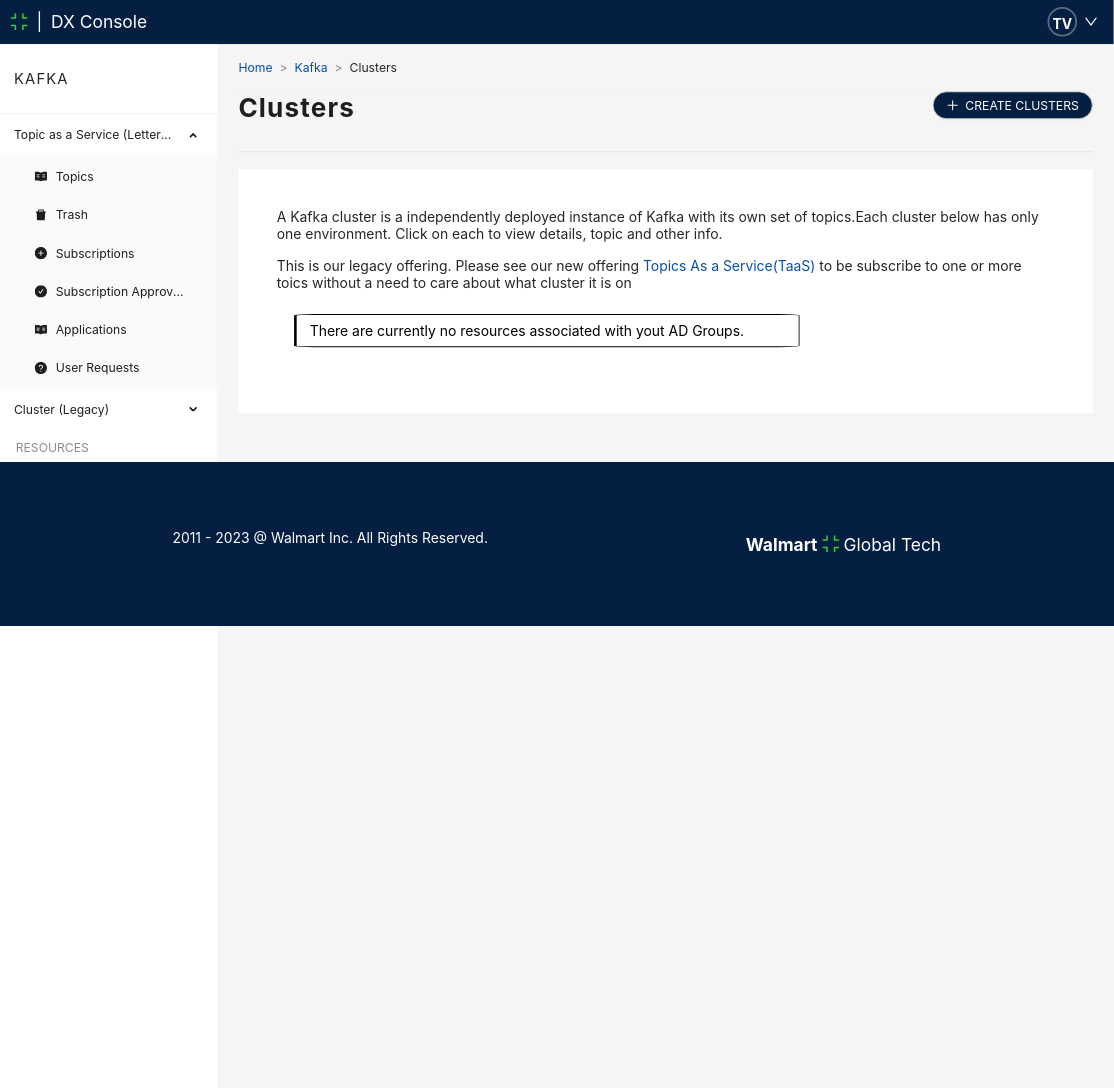
Repository: Qianying-Chai/kafka
Page: /kafka/migrated-clusters
An editor plug-in stored every save of this project. The page is shown before and after the next save, followed by the edit.
The browser window is 1280 px wide. The pictures show the whole page, at 87% of full size.
The project was rebuilt for these pictures with package versions that can differ from the ones it lists, and the page was loaded fresh each time. Also part of the build but not shown: src/pages/Components/ComponentsTable.jsx, src/pages/Components/ComponentsInput.jsx, src/pages/Components/ComponentsPagination.jsx, src/pages/Taas/Topics/Topics.jsx, src/pages/Taas/Trash/Style/Trash.css, src/pages/Taas/Trash/Trash.jsx, src/pages/Taas/SubscriptionApprovals/SubscriptionApprovals.jsx, src/pages/Taas/Subscriptions/SubscriptionsNonProxy/SubscriptionsNonProxy.jsx and 8 more.

Above is the page before, as saved 2024-01-12 23:35:36.

### src/index.js
import React from "react";
import ReactDOM from "react-dom/client";
import App from "./App";
import { BrowserRouter } from "react-router-dom";
import { Provider } from "react-redux";
import store from "../src/redux/store";
import "./style/index.css";

const root = ReactDOM.createRoot(document.getElementById("root"));
root.render(
  <Provider store={store}>
    <BrowserRouter>
      <App />
    </BrowserRouter>
  </Provider>
);

### src/App.js
import Header from "./pages/common/Header";
import Sider from "./pages/common/Sider.jsx";
import categoryConstants from "./pages/common/categoryConstants";
import Topics from "./pages/Taas/Topics/Topics";
import Trash from "./pages/Taas/Trash/Trash";
import SubscriptionApprovals from "./pages/Taas/SubscriptionApprovals/SubscriptionApprovals";
import SubscriptionsNonProxy from "./pages/Taas/Subscriptions/SubscriptionsNonProxy/SubscriptionsNonProxy";
import SubscriptionsProxy from "./pages/Taas/Subscriptions/SubscriptionsProxy/SubscriptionsProxy";
import Applications from "./pages/Taas/Applications/Applications";
import UserRequests from "./pages/Taas/UserRequests/UserRequests";
import Clusters from "./pages/Cluster/Clusters";
import MigratedClusters from "./pages/Cluster/MigratedClusters";
import Subscription from "./pages/Cluster/Subscription";
import UserRequestsLegacy from "./pages/Cluster/UserRequestsLegacy";
import Support from "./pages/Resources/Support";
import Footer from "./pages/common/Footer";
import { Routes, Route } from "react-router-dom";
import { Layout } from "antd";

function App() {
  return (
    <div className="App">
      <Layout>
        <Header />
        <Layout>
          <Sider />
          <Layout
            style={{
              padding: "0 24px 24px",
              height: "fit-content",
            }}
          >
            <Routes>
              <Route
                path={`kafka/${categoryConstants.TOPICS.toLowerCase()}`}
                element={<Topics />}
              />
              <Route
                path={`kafka/${categoryConstants.TRASH.toLowerCase()}`}
                element={<Trash />}
              />
              <Route
                path={`kafka/${categoryConstants.SUBSCRIPTIONS.toLowerCase()}_active_tab=nonProxy`}
                element={<SubscriptionsNonProxy />}
              />
              <Route
                path={`kafka/${categoryConstants.SUBSCRIPTIONS.toLowerCase()}_active_tab=proxy`}
                element={<SubscriptionsProxy />}
              />
              <Route
                path={`kafka/subscriptionRequests`}
                element={<SubscriptionApprovals />}
              />
              <Route
                path={`kafka/${categoryConstants.APPLICATIONS.toLowerCase()}`}
                element={<Applications />}
              />
              <Route path={`kafka/requests`} element={<UserRequests />} />
              <Route
                path={`kafka/${categoryConstants.CLUSTERS.toLowerCase()}`}
                element={<Clusters />}
              />
              <Route
                path={`kafka/migrated-clusters`}
                element={<MigratedClusters />}
              />
              <Route
                path={`kafka/mps-clusters-subscriptions`}
                element={<Subscription />}
              />
              <Route
                path={`kafka/legacy-requests`}
                element={<UserRequestsLegacy />}
              />
              <Route
                path={`kafka/${categoryConstants.SUPPORT.toLowerCase()}`}
                element={<Support />}
              />
            </Routes>
          </Layout>
        </Layout>
        <Footer />
      </Layout>
    </div>
  );
}

export default App;

### src/redux/store.jsx
import { configureStore } from "@reduxjs/toolkit";
import reducer from "./reducer";
const store = configureStore({ reducer: reducer });
export default store;

### src/pages/common/Header.jsx
import React from "react";
import "./Style/Header.css";
import { CompressOutlined, UpOutlined, DownOutlined } from "@ant-design/icons";
import { Layout } from "antd";
import { useState } from "react";
const Header = () => {
  const [login, setLogin] = useState(true);

  return (
    <Layout>
      <Layout.Header className="header">
        <div className="header-content-left">
          <CompressOutlined className="header-left-icon" />
          <span className="header-left-divider">|</span>
          <span className="header-left-dx-console">DX Console </span>
        </div>
        <div className="header-content-right">
          <div className="user">
            <div className="user-icon">TV</div>
            {login ? (
              <DownOutlined
                className="login-button"
                onClick={() => {
                  setLogin((state) => !state);
                }}
              />
            ) : (
              <UpOutlined
                className="logout-button"
                onClick={() => {
                  setLogin((state) => !state);
                }}
              />
            )}
          </div>
          <div
            className="logout-pop-up"
            style={{
              display: login ? "none" : "block",
            }}
          >
            LOGOUT
          </div>
        </div>
      </Layout.Header>
    </Layout>
  );
};
export default Header;

### src/pages/common/Sider.jsx
import React from "react";
import { Link } from "react-router-dom";
import "./Style/Sider.css";
import {
  ReadFilled,
  DeleteFilled,
  PlusCircleFilled,
  CheckCircleFilled,
  QuestionCircleFilled,
  HddFilled,
  SettingFilled,
} from "@ant-design/icons";
import { Layout, Menu, theme, ConfigProvider } from "antd";
import categoryConstants from "./categoryConstants";

const Sider = () => {
  const {
    token: { colorBgContainer },
  } = theme.useToken();

  const items = [
    {
      key: "Topic as a Service (Lettera)",
      label: "Topic as a Service (Lettera)",
      children: [
        {
          key: "Topics",
          label: (
            <Link to={`kafka/${categoryConstants.TOPICS.toLowerCase()}`}>
              {categoryConstants.TOPICS}
            </Link>
          ),
          icon: React.createElement(ReadFilled),
        },
        {
          key: "Trash",
          label: (
            <Link to={`kafka/${categoryConstants.TRASH.toLowerCase()}`}>
              {categoryConstants.TRASH}
            </Link>
          ),
          icon: React.createElement(DeleteFilled),
        },
        {
          key: "Subscriptions",
          label: (
            <Link
              to={`kafka/${categoryConstants.SUBSCRIPTIONS.toLowerCase()}_active_tab=nonProxy`}
            >
              {categoryConstants.SUBSCRIPTIONS}
            </Link>
          ),
          icon: React.createElement(PlusCircleFilled),
        },
        {
          key: "Subscription Approvals",
          label: (
            <Link to={`kafka/subscriptionRequests`}>
              {categoryConstants.SUBSCRIPTIONS_APPROVALS.replace("_", " ")}
            </Link>
          ),
          icon: React.createElement(CheckCircleFilled),
        },
        {
          key: "Applications",
          label: (
            <Link to={`kafka/${categoryConstants.APPLICATIONS.toLowerCase()}`}>
              {categoryConstants.APPLICATIONS}
            </Link>
          ),
          icon: React.createElement(ReadFilled),
        },
        {
          key: "User Requests",
          label: (
            <Link to={`kafka/requests`}>
              {categoryConstants.USER_REQUESTS.replace("_", " ")}
            </Link>
          ),
          icon: React.createElement(QuestionCircleFilled),
        },
      ],
    },
    {
      label: <div>Cluster (Legacy)</div>,
      key: "Cluster (Legacy)",
      children: [
        {
          key: "Clusters",
          label: (
            <Link to={`kafka/${categoryConstants.CLUSTERS.toLowerCase()}`}>
              {categoryConstants.CLUSTERS}
            </Link>
          ),
          icon: React.createElement(HddFilled),
        },
        {
          key: "Migrated Clusters",
          label: (
            <Link to={`kafka/migrated-clusters`}>
              {categoryConstants.MIGRATED_CLUSTERS.replace("_", " ")}
            </Link>
          ),
          icon: React.createElement(HddFilled),
        },
        {
          key: "Subscription",
          label: (
            <Link to={`kafka/mps-clusters-subscriptions`}>
              {categoryConstants.SUBSCRIPTION}
            </Link>
          ),
          icon: React.createElement(PlusCircleFilled),
        },
        {
          key: "User Requests (Legacy)",
          label: (
            <Link to={`kafka/legacy-requests`}>User Requests (Legacy)</Link>
          ),
          icon: React.createElement(QuestionCircleFilled),
        },
      ],
    },
    {
      label: <div>RESOURCES</div>,
      type: "group",
      key: "RESOURCES",
      children: [
        {
          key: "Supprot",
          label: (
            <Link to={`kafka/${categoryConstants.SUPPORT.toLowerCase()}`}>
              {categoryConstants.SUPPORT}
            </Link>
          ),
          icon: React.createElement(SettingFilled),
        },
      ],
    },
  ];

  return (
    <ConfigProvider
      theme={{
        components: {
          Menu: {
            itemHoverBg: "",
            itemHoverColor: "#1890ff",
            padding: 30,
          },
          Tabs: {
            inkBarColor: "rgb(4, 31, 65)",
          },
        },
      }}
    >
      <Layout.Sider
        className="sider"
        width={"250px"}
        style={{
          background: colorBgContainer,
        }}
      >
        <div className="slider-top">
          <span className="slider-top-content">KAFKA</span>
        </div>
        <div
          style={{
            marginLeft: "-12px",
          }}
        >
          <div></div>
          <Menu
            mode="inline"
            items={items}
            defaultOpenKeys={["Topic as a Service (Lettera)", "RESOURCES"]}
            style={{
              color: "#041f41",
            }}
          />
        </div>
      </Layout.Sider>
    </ConfigProvider>
  );
};
export default Sider;

### src/pages/common/categoryConstants.jsx
const categoryConstants = {
  TOPICS: "Topics",
  TRASH: "Trash",
  SUBSCRIPTIONS: "Subscriptions",
  SUBSCRIPTIONS_APPROVALS: "Subscription Approvals",
  APPLICATIONS: "Applications",
  USER_REQUESTS: "User Requests",
  CLUSTERS: "Clusters",
  MIGRATED_CLUSTERS: "Migrated Clusters",
  SUBSCRIPTION: "Subscription",
  USERE_REQUESTS_LEGACY: "User Requests (Legacy)",
  SUPPORT: "Support",
};

export default categoryConstants;

### src/pages/Cluster/MigratedClusters.jsx
import React from "react";
import "./Style/Clusters.css";
import categoryConstants from "../common/categoryConstants";
import ComponentsTitle from "../Components/ComponentsTitle";
import ComponentsBreadcrumb from "../Components/ComponentsBreadcrumb";
import { Button } from "antd";
import { PlusOutlined } from "@ant-design/icons";
import ComponentsContent from "../Components/ComponentsContent";

import { Link } from "react-router-dom";

const MigratedClusters = () => {
  return (
    <>
      <div>
        <ComponentsBreadcrumb
          items={[
            {
              title: "Home",
            },
            {
              title: "Kafka",
            },
            {
              title: categoryConstants.CLUSTERS,
            },
          ]}
        />
        <div className="content-banner">
          <ComponentsTitle title={categoryConstants.CLUSTERS} />
          <Button shape="round" size="medium" className="content-banner-button">
            <PlusOutlined />
            {`CREATE ${categoryConstants.CLUSTERS.toLocaleUpperCase()}`}
          </Button>
        </div>
      </div>
      <ComponentsContent>
        <div className="clusters-content">
          <div id="clusters-text">
            <div className="text">
              A Kafka cluster is a independently deployed instance of Kafka with
              its own set of topics.Each cluster below has only one environment.
              Click on each to view details, topic and other info.
            </div>
            <div className="text">
              This is our legacy offering. Please see our new offering{" "}
              <span className="clusters-taas">Topics As a Service(TaaS) </span>{" "}
              to be subscribe to one or more toics without a need to care about
              what cluster it is on{" "}
            </div>
          </div>
          <div className="border">
            <p>
              There are currently no resources associated with yout AD Groups.
            </p>
          </div>
        </div>
      </ComponentsContent>
    </>
  );
};
export default MigratedClusters;

### src/pages/common/Footer.jsx
import React from "react";
import { Layout } from "antd";
import { CompressOutlined } from "@ant-design/icons";
import "./Style/Footer.css";

const Footer = () => {
  return (
    <Layout.Footer className="footer">
      <div className="footer-text-left">
        2011 - 2023 @ Walmart Inc. All Rights Reserved.
      </div>
      <div className="footer-text-right">
        <span className="footer-text-right-walmart">Walmart</span>
        <CompressOutlined className="footer-icon" />
        <span className="footer-text-right-global-tech">Global Tech</span>
      </div>
    </Layout.Footer>
  );
};

export default Footer;

### src/redux/reducer.jsx
import { SET_PATH_NAME, SET_SELECTED_TAAS_SUBSCRIPTIONS } from "./constants";
const initialState = {
  pathName: "",
  selectedTaasSubscriptions: "nonProxy",
};
const reducer = (state = initialState, action) => {
  const { type, payload } = action;
  switch (type) {
    case SET_PATH_NAME:
      return { ...state, pathName: payload };
    case SET_SELECTED_TAAS_SUBSCRIPTIONS:
      return { ...state, selectedTaasSubscriptions: payload };
    default:
      return state;
  }
};

export default reducer;

### src/pages/common/Style/Header.css
.header {
  justify-content: space-between;
  padding: 0 12px;
  background-color: rgb(4, 31, 65);
  height: 51px;
  line-height: 51px;
  color: #ffffff;
}

.header,
.user {
  display: flex;
}

.header-content-left {
  font-size: 20px;
}

.header-left-icon {
  color: #32cd32;
}

.header-left-divider {
  margin: 0 10px;
}

.header-content-right {
  font-weight: bolder;
  flex-direction: column;
  font-size: 1rem;
  width: 76px;
  padding-left: 12px;
}

.user {
  margin: 8px 0px;
}
.user-icon {
  height: 34px;
  line-height: 34px;
  width: 34px;
  border-radius: 50%;
  text-align: center;
}
.user-icon,
.logout-pop-up {
  border: 2px solid rgba(225, 225, 225, 0.4);
}

.login-button,
.logout-button {
  padding-left: 8px;
}

.logout-pop-up {
  transition: all 10s ease-out;
  width: 100px;
  height: 60px;
  line-height: 60px;
  position: absolute;
  right: 0px;
  z-index: 999;
  font-size: 15px;
  letter-spacing: 1pt;
  text-align: center;
  justify-content: center;
  color: rgb(94, 91, 91);
  box-shadow: 0px 0px 4px 4px rgba(176, 174, 174, 0.4);
}

### src/pages/common/Style/Sider.css
.sider {
  min-height: 1200px;
}

.slider-top {
  height: 80px;
  border-bottom: 1px solid rgb(239, 239, 239);
}
.slider-top-content {
  height: 100%;
  display: flex;
  align-items: center;
  margin-left: 16px;
  letter-spacing: 1pt;
  font-size: 17px;
  color: #000000d9;
}

### src/pages/Components/ComponentsContent.jsx
import React from "react";
import "../common/Style/Content.css";
import { Layout, theme } from "antd";

const ComponentsContent = (props) => {
  const {
    token: { colorBgContainer },
  } = theme.useToken();

  return (
    <div>
      <Layout.Content
        style={{
          padding: "20px 32px 32px",
          minHeight: 280,
          background: colorBgContainer,
        }}
        {...props}
      ></Layout.Content>
    </div>
  );
};
export default ComponentsContent;

### src/pages/Components/ComponentsBreadcrumb.jsx
import React from "react";
import { Breadcrumb, ConfigProvider } from "antd";

const ComponentsBreadcrumb = (props) => {
  return (
    <ConfigProvider
      theme={{
        components: {
          Breadcrumb: {
            lastItemColor: "#000000D9",
            linkColor: "#075179",
            itemColor: "#0751A9",
            linkHoverColor: "#F5F5F5",
          },
          token: {
            colorBgTextHover: "#F5F5F5",
          },
        },
      }}
    >
      <div>
        <Breadcrumb
          style={{
            margin: "16px 0",
          }}
          separator=">"
          items={props.items}
        ></Breadcrumb>
      </div>
    </ConfigProvider>
  );
};
export default ComponentsBreadcrumb;

### src/pages/Components/ComponentsTitle.jsx
import React from "react";
import { Typography, ConfigProvider } from "antd";
const { Title } = Typography;

const ComponentsTitle = (props) => {
  return (
    <>
      <ConfigProvider
        theme={{
          components: {
            token: {
              colorText: "#041E42",
            },
          },
        }}
      >
        <Title level={2} style={{ fontWeight: "bold" }}>
          {props.title}
        </Title>
      </ConfigProvider>
    </>
  );
};

export default ComponentsTitle;

### src/pages/Cluster/Style/Clusters.css
.clusters-content {
  font-size: 16px;
  padding: 24px 12px 20px;
}

.text {
  padding: 0 0 16px;
  color: #000000d9;
}

.clusters-taas {
  color: #0751a9;
}

.border {
  border: 1px solid black;
  border-left: 3px solid black;
  padding: 8px 15px;
  margin: 10px 20px;
  border-radius: 4%;
  color: #000000;
  width: 65%;
}

### src/pages/common/Style/Footer.css
.footer {
  text-emphasis-style: center;
  background-color: #041f41;
  color: white;
  display: flex;
  justify-content: space-around;
  height: 189px;
  align-items: center;
  width: 100%;
  position: fixed;
  bottom: 0;
}

.footer-icon {
  font-size: 20px;
  color: #32cd32;
}

.footer-text-left {
  font-size: 16px;
  margin-bottom: 16px;
}

.footer-text-right {
  font-size: 20px;
}

.footer-text-right-walmart {
  font-weight: bold;
  padding-right: 5px;
}

.footer-text-right-global-tech {
  padding-left: 5px;
}

### src/redux/constants.jsx
const SET_PATH_NAME = "SET_PATH_NAME";
const SET_SELECTED_TAAS_SUBSCRIPTIONS = "SET_SELECTED_TAAS_SUBSCRIPTIONS";
export { SET_PATH_NAME };
export { SET_SELECTED_TAAS_SUBSCRIPTIONS };

### src/pages/common/Style/Content.css
.content-banner {
  height: 70px;
  display: flex;
  justify-content: space-between;
  background-color: #f5f5f5;
  color: #041e42;
  letter-spacing: 1pt;
  border-bottom: 1px solid rgba(167, 164, 164, 0.3);
  margin-bottom: 20px;
  padding-bottom: 15px;
}

.content-banner-button {
  background-color: #041f41;
  color: #ffffff;
}

.content-text {
  margin: 24px 0 20px;
}

Loaded but not shown: public/index.html (common file); src/style/index.css (common file)

After the next save:
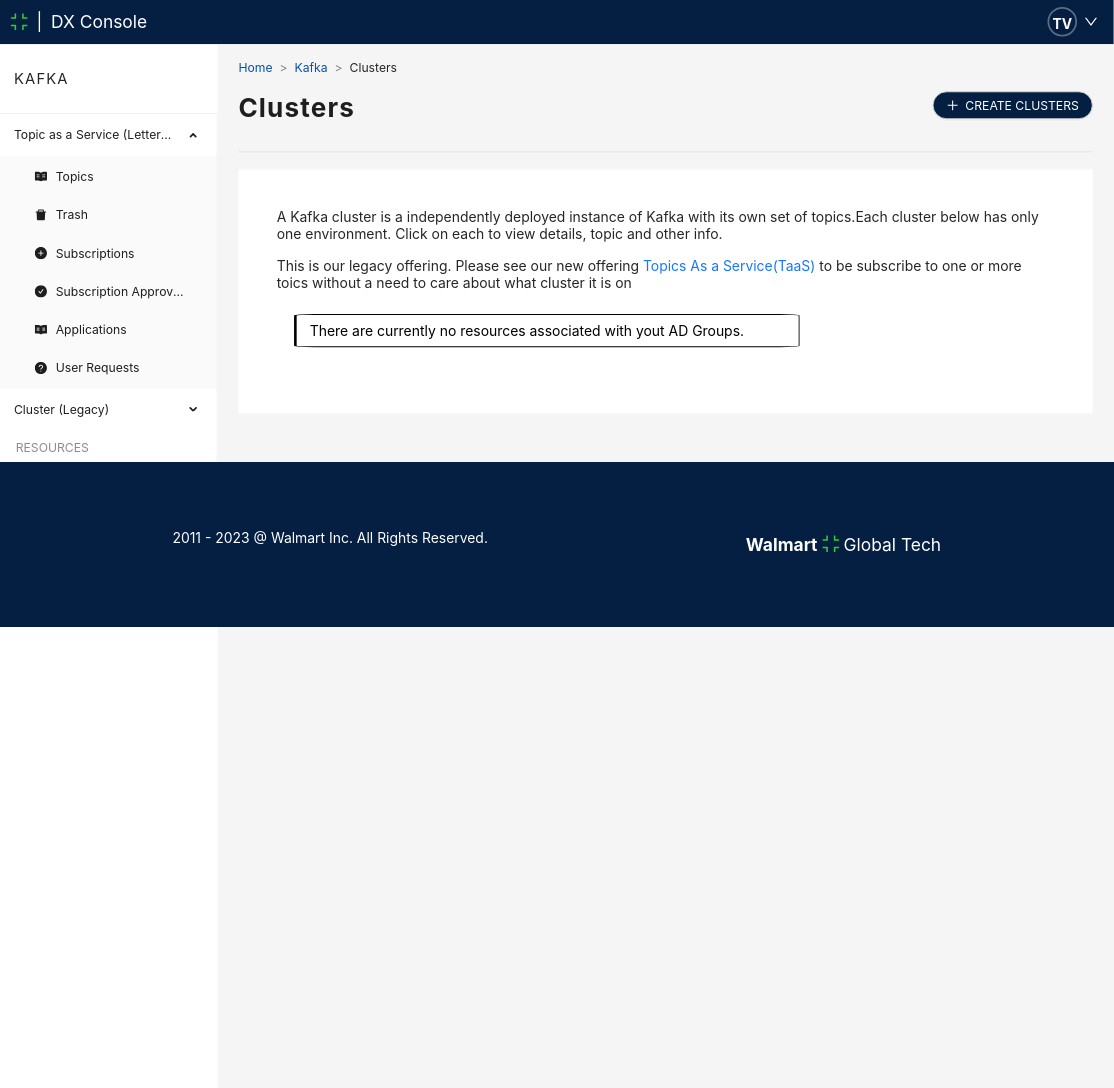
Saved 23 s later.
--- a/src/pages/Cluster/MigratedClusters.jsx
+++ b/src/pages/Cluster/MigratedClusters.jsx
@@ -44,7 +44,12 @@
             </div>
             <div className="text">
               This is our legacy offering. Please see our new offering{" "}
-              <span className="clusters-taas">Topics As a Service(TaaS) </span>{" "}
+              <span className="clusters-taas">
+                {" "}
+                <Link to={`/kafka/${categoryConstants.TOPICS.toLowerCase()}`}>
+                  Topics As a Service(TaaS)
+                </Link>
+              </span>{" "}
               to be subscribe to one or more toics without a need to care about
               what cluster it is on{" "}
             </div>
